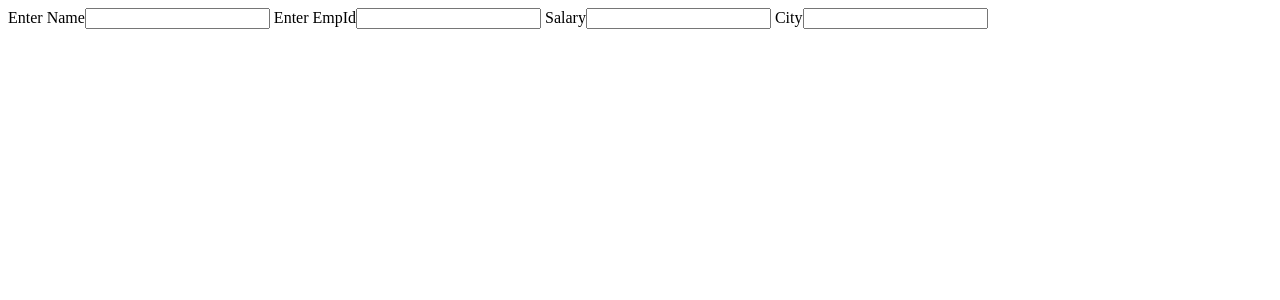
Repository: Kavya-C1/eclipsejava
Page: http://localhost/EmployeeAppMaven/
An editor plug-in stored every save of this project. The page is shown before and after the next save, followed by the edit.
The browser window is 1280 px wide. The pictures show the whole page.
The page is served by Tomcat 9. Nobody is signed in. The application's start-up code is not run. Other server files are loaded and not shown.

Above is the page before, as saved 2024-03-14 10:09:06.

### EmployeeAppMaven/src/main/webapp/index.jsp
<%@ page language="java" contentType="text/html; charset=ISO-8859-1"
    pageEncoding="ISO-8859-1"%>
<!DOCTYPE html>
<html>
<head>
<meta charset="ISO-8859-1">
<title>Insert title here</title>
</head>
<body>

<form action="employeeServlet">
Enter Name<input type="text" name="employeeName">
Enter EmpId<input type="text" name="employeeId">
Salary<input type="text" name="salary">
City<input type="text" name="city">
</form>


</body>
</html>

After the next save:
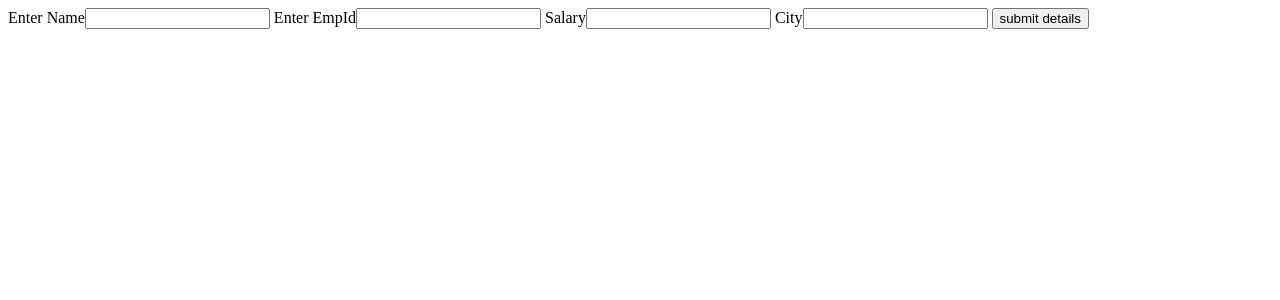
Saved 11 min 33 s later.
--- a/EmployeeAppMaven/src/main/webapp/index.jsp
+++ b/EmployeeAppMaven/src/main/webapp/index.jsp
@@ -13,6 +13,7 @@ Enter Name<input type="text" name="employeeName">
 Enter EmpId<input type="text" name="employeeId">
 Salary<input type="text" name="salary">
 City<input type="text" name="city">
+<input type="submit" value="submit details">
 </form>
 
 
